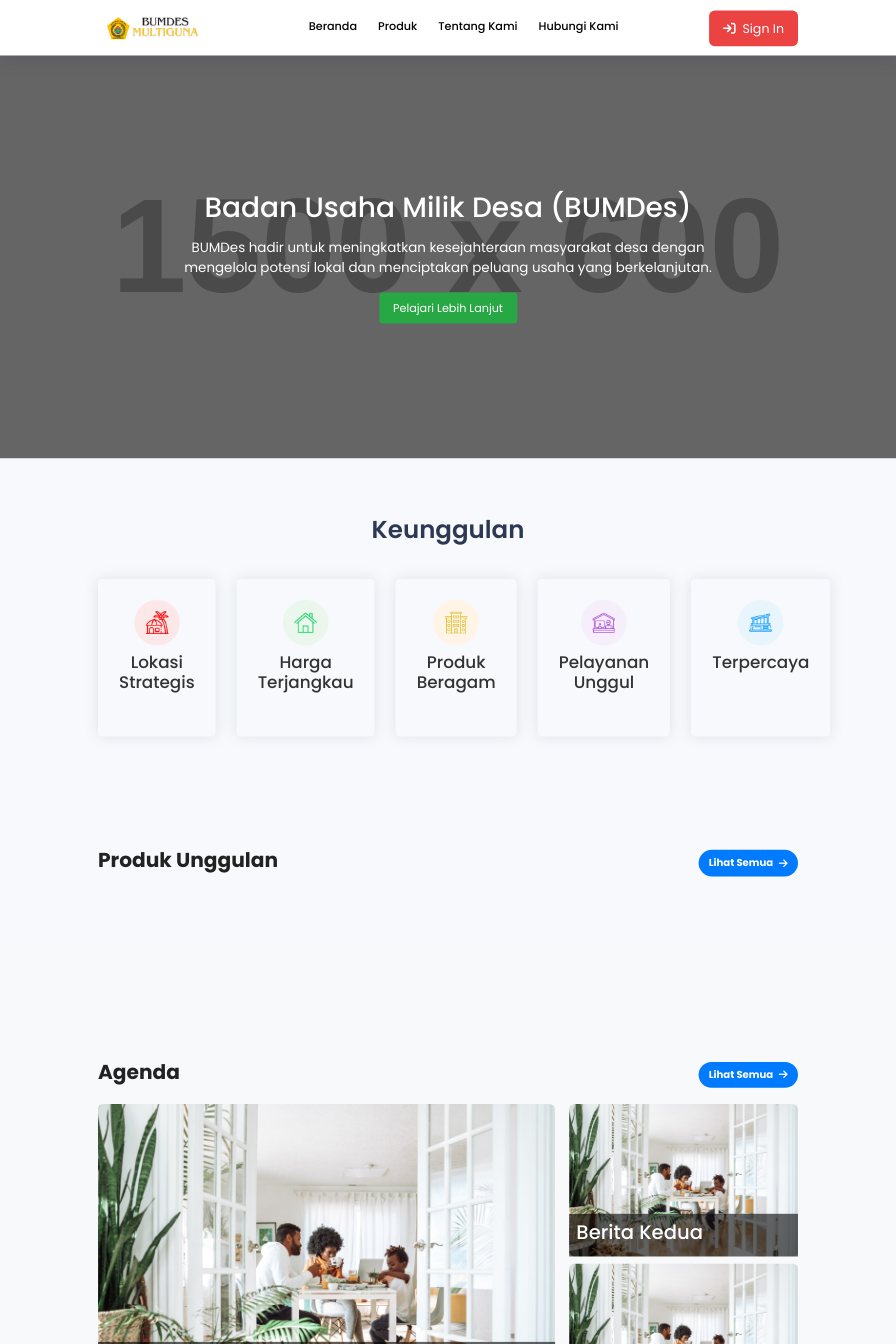
Repository: Sandyskuy/bumdes-user
Page: /
The author's editor kept a copy of each file at every save. The page is drawn from the files as they stood at one save, then again after a run of saves.
The browser window is 1280 px wide. The pictures show the part of the page from y = 0 to 1920 px (the page is 3056 px tall), at 70% of full size.
The page's requests for data from a server got no answer. Some web libraries are served in a nearby version. The project was rebuilt for these pictures with package versions that can differ from the ones it lists, and the page was loaded fresh each time. No one was signed in, and anything a server would have sent is missing. Also part of the build but not shown: src/components/common/Back.css, src/components/common/Back.jsx, src/components/about/about.css, src/components/about/About.jsx, src/components/home/price/PriceCard.jsx, src/components/home/price/price.css, src/components/pricing/Pricing.jsx, src/components/home/recent/RecentCard.jsx and 22 more.

Above is the page before, as saved 2025-03-17 14:28:49.

After the next 2 saves:
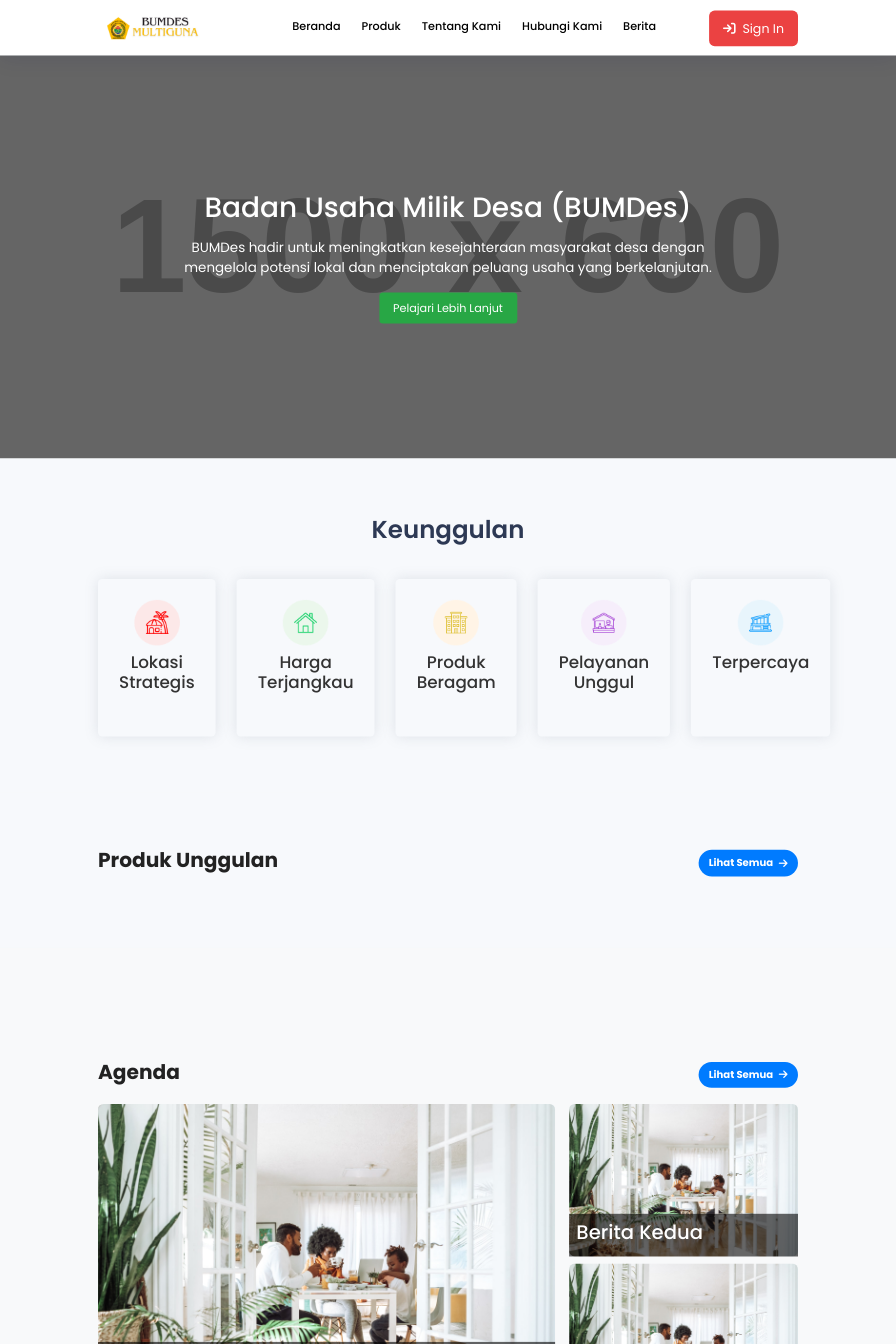
The 2 saves are shown as one change because they came seconds apart.
The last was saved 7 s later.
--- a/src/components/data/Data.js
+++ b/src/components/data/Data.js
@@ -16,7 +16,8 @@
     path: "/contact",
   },
   {
-    text: ""
+    text: "berita"
+
   },
 ];
 
